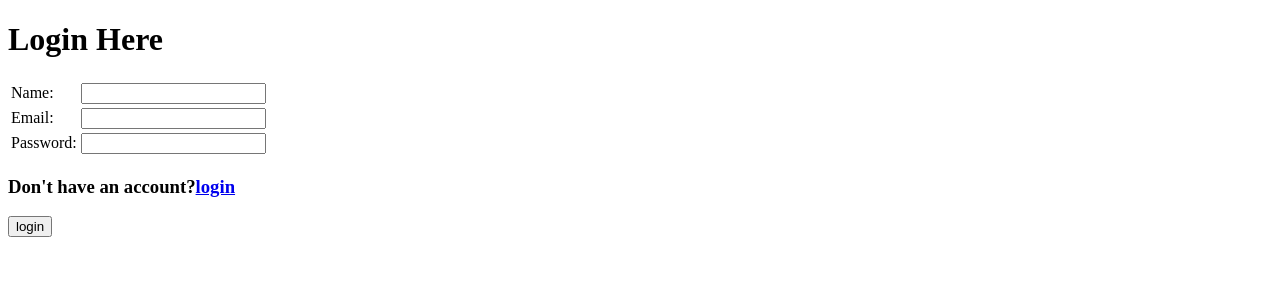
Repository: arandomuserwouldbefine/java
Page: http://localhost/Practise/login.jsp
The author's editor kept a copy of each file at every save. The page is drawn from the files as they stood at one save, then again after the next save.
The browser window is 1280 px wide. The pictures show the whole page.
The page is served by Tomcat 9. Other server files are loaded and not shown.

Above is the page before, as saved 2024-07-24 17:42:46.

### Practise/src/main/webapp/login.jsp
<%@ page language="java" contentType="text/html; charset=ISO-8859-1"
    pageEncoding="ISO-8859-1"%>
<!DOCTYPE html>
<html>
<head>
<meta charset="ISO-8859-1">
<title>Insert title here</title>
</head>
<body>

<h1>Login Here</h1>

	<form action="UserController" method="POST">
		<table>
			<tr>
				<td>Name:</td>
				<td><input type="text" name="name" /></td>
			</tr>
			<tr>
				<td>Email:</td>
				<td><input type="email" name="email" /></td>
			</tr>
			<tr>
				<td>Password:</td>
				<td><input type="password" name="password" /></td>
			</tr>
		</table>

			<h3>
				Don't have an account?<a href="register.jsp">login</a>
			</h3>
			<input type="submit" name="action" value="login" />

	</form>


</body>
</html>

After the next save:
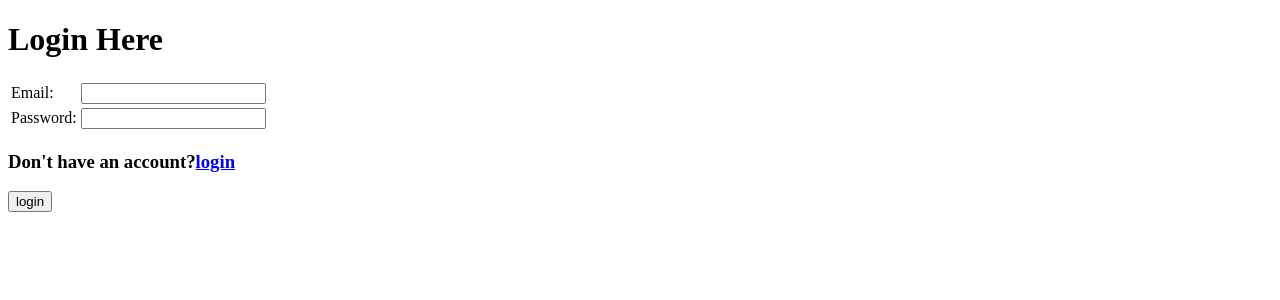
Saved 7 s later.
--- a/Practise/src/main/webapp/login.jsp
+++ b/Practise/src/main/webapp/login.jsp
@@ -12,10 +12,6 @@
 
 	<form action="UserController" method="POST">
 		<table>
-			<tr>
-				<td>Name:</td>
-				<td><input type="text" name="name" /></td>
-			</tr>
 			<tr>
 				<td>Email:</td>
 				<td><input type="email" name="email" /></td>
